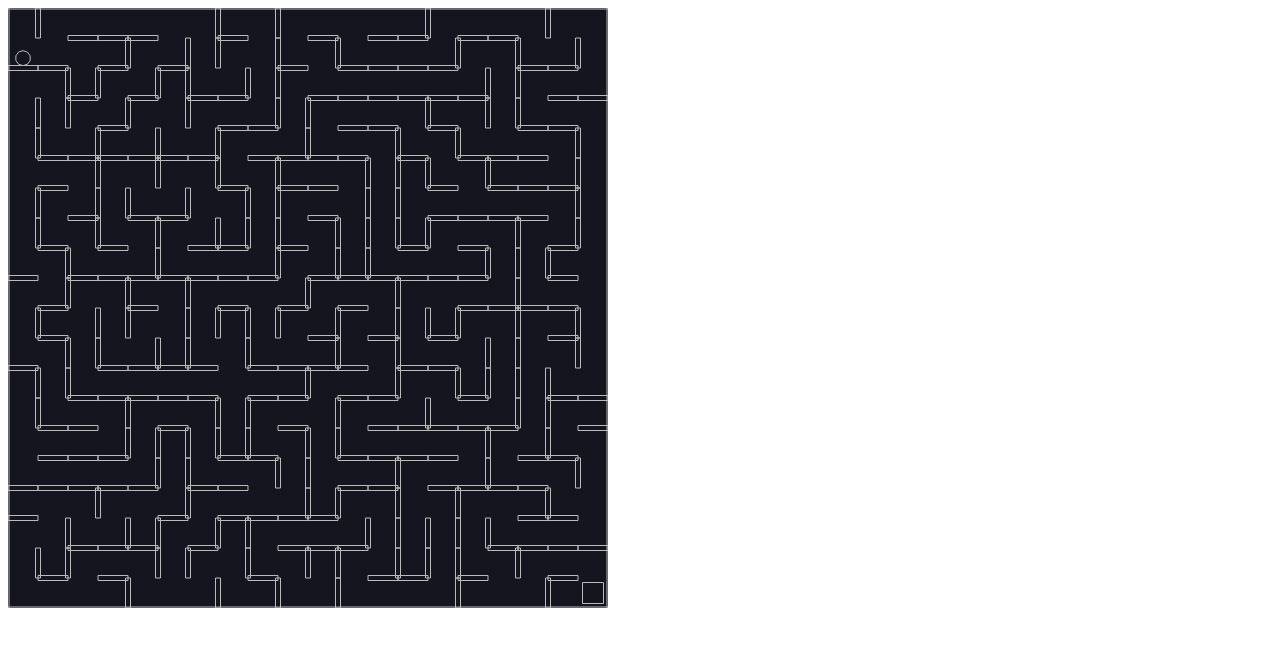
Repository: zhapar/JS-Bootcamp
Page: 3. Maze/index.html
These files come from the project's save history. The page is drawn as it stood at one moment and after the next save; the edit follows.
The browser window is 1280 px wide. The pictures show the whole page.
Some web libraries are served in a nearby version.

Above is the page before, as saved 2020-07-16 18:48:39.

After the next save:
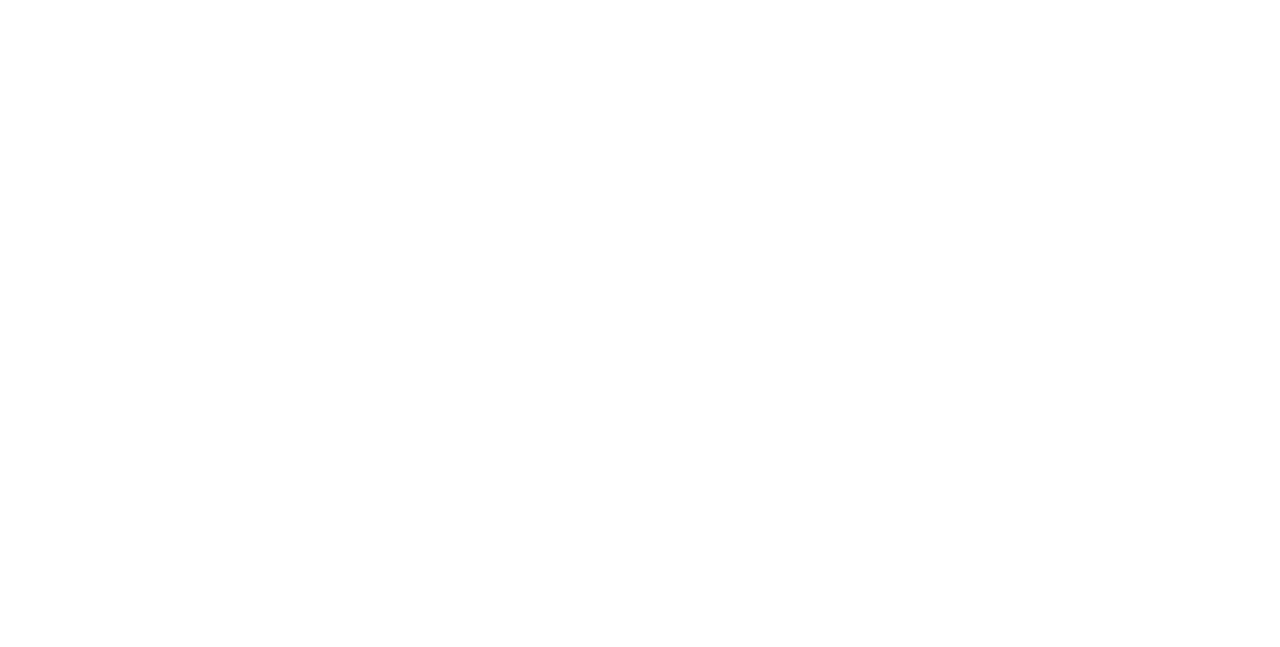
Console error: TypeError: Cannot set properties of undefined (setting 'y')
Saved 4 min 24 s later.
--- a/3. Maze/app.js
+++ b/3. Maze/app.js
@@ -16,6 +16,10 @@
 const unitLength = width / cells;
 
 const engine = Engine.create();
+
+// Remove grvity from y axis
+engine.world.velocity.y = 0;
+
 const { world } = engine;
 const render = Render.create({
   element: document.body,

After the save that followed:
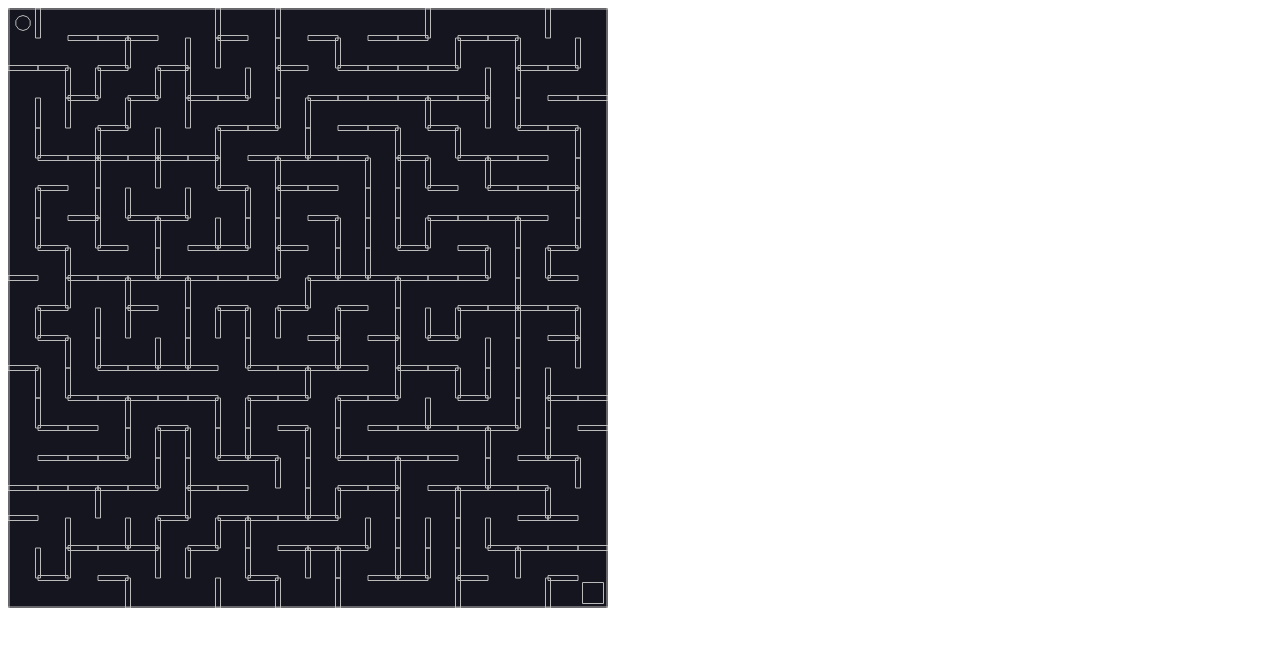
The error is gone.
Saved 29 s later.
--- a/3. Maze/app.js
+++ b/3. Maze/app.js
@@ -18,7 +18,7 @@
 const engine = Engine.create();
 
 // Remove grvity from y axis
-engine.world.velocity.y = 0;
+engine.world.gravity.y = 0;
 
 const { world } = engine;
 const render = Render.create({
